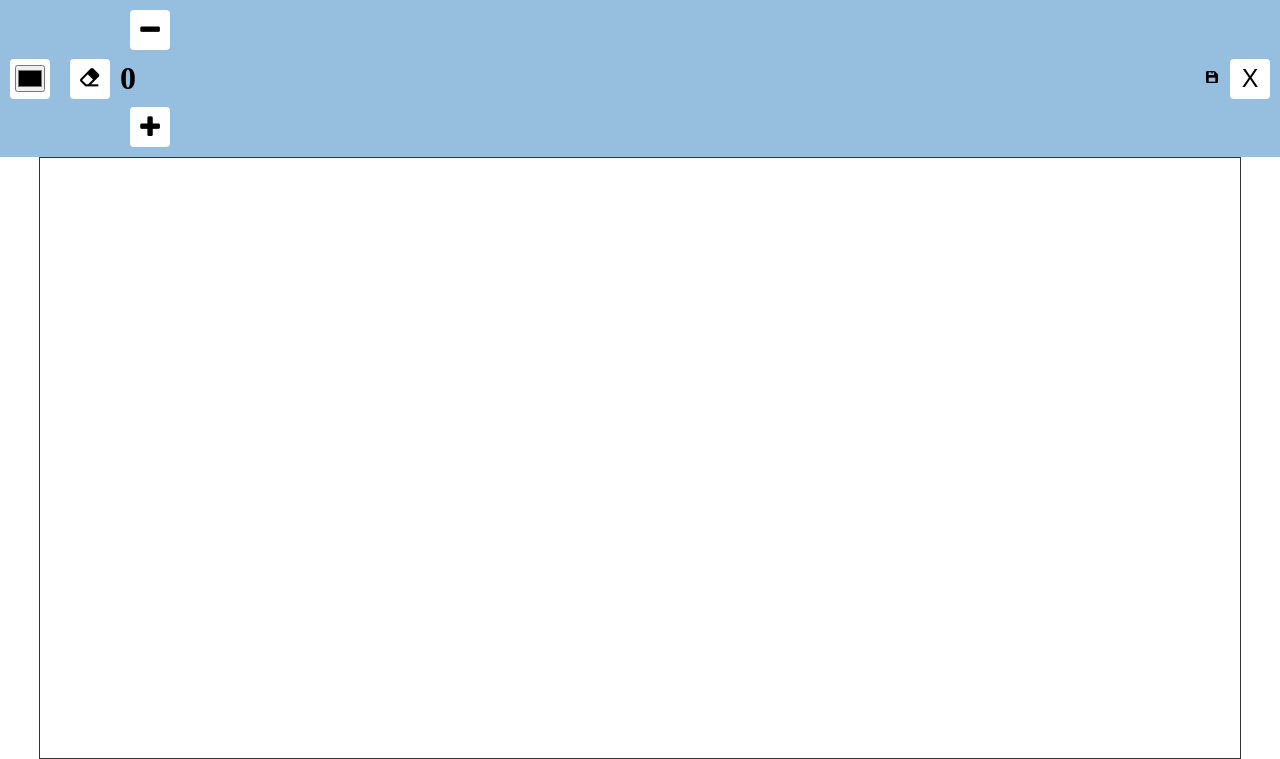
Repository: reminzuetto/DrawingApp
Page: index.html
An editor plug-in stored every save of this project. The page is shown before and after the next save, followed by the edit.
The browser window is 1280 px wide. The pictures show the whole page.

Above is the page before, as saved 2024-06-10 20:28:04.
Console error: TypeError: Cannot read properties of null (reading 'addEventListener')
Not found: app.css

### index.html
<!DOCTYPE html>
<html lang="en">
  <head>
    <meta charset="UTF-8" />
    <meta http-equiv="X-UA-Compatible" content="IE=edge" />
    <meta name="viewport" content="width=device-width, initial-scale=1.0" />
    <title>Drawing App</title>
    <link rel="preconnect" href="https://fonts.gstatic.com" />
    <link
      href="https://fonts.googleapis.com/css2?family=Poppins:wght@400;600&display=swap"
      rel="stylesheet"
    />
    <link
      rel="stylesheet"
      href="https://cdnjs.cloudflare.com/ajax/libs/font-awesome/4.7.0/css/font-awesome.min.css"
      integrity="sha512-SfTiTlX6kk+qitfevl/7LibUOeJWlt9rbyDn92a1DqWOw9vWG2MFoays0sgObmWazO5BQPiFucnnEAjpAB+/Sw=="
      crossorigin="anonymous"
    />
    <link rel="stylesheet" href="./app.css" />
    <link
      href="https://unpkg.com/boxicons@2.0.9/css/boxicons.min.css"
      rel="stylesheet"
    />
    <link rel="stylesheet" href="style.css" />
  </head>
  <body>
    <div class="container">
      <div class="tools">
        <button>
          <input type="color" id="color" />
        </button>
        <button id="eraser">
          <i class="bx bxs-eraser"></i>
        </button>
        <!-- <button id="decrease">-</button>
        <span id="size" font-size="25px">10</span>
        <button id="increase">+</button> -->
        <div class="counter">
          <button class="counter-descrease">
            <i class="fa fa-minus"></i>
          </button>
          <h1 class="counter-number">0</h1>
          <button class="counter-increase">
            <i class="fa fa-plus"></i>
          </button>
        </div>
        <a download="example.png" id="save">
          <i class="bx bxs-save"></i>
        </a>
        <button id="clear">X</button>
      </div>
      <canvas id="canvas" width="1200" height="600"></canvas>
    </div>

    <script src="main.js"></script>
  </body>
</html>

### style.css
* {
  box-sizing: border-box;
  padding: 0;
  margin: 0;
}

body {
  background-color: #fff;
}

canvas {
  display: block;
  margin: 0 auto;
  border: 1px solid #333;
}

button {
  border-radius: 4px;
  background-color: #fff;
  border: none;
  font-size: 25px;
  height: 40px;
  width: 40px;
  padding: 5px;
  margin: 10px;
  display: flex;
  align-items: center;
  justify-content: center;
  cursor: pointer;
}

.tools {
  background-color: rgb(124, 175, 216, 0.8);
  display: flex;
  align-items: center;
}

/* .tools > * {
  background-color: #fff;
  border: none;
  font-size: 25px;
  height: 40px;
  width: 40px;
  padding: 5px;
  margin: 10px;
  display: flex;
  align-items: center;
  justify-content: center;
  cursor: pointer;
} */

#save {
  font-size: 16px;
  margin-left: auto;
  text-decoration: none;
}

### main.js
const canvas = document.getElementById("canvas");
const colorEl = document.getElementById("color");
const eraserEl = document.getElementById("eraser");
const decreaseBtn = document.getElementById("decrease");
const increaseBtn = document.getElementById("increase");
const sizeEL = document.getElementById("size");
const saveEl = document.getElementById("save");
const clearEl = document.getElementById("clear");

const context = canvas.getContext("2d");

let size = 10;
let isPressed = false;
colorEl.value = "black";
let color = colorEl.value;
let x, y;

canvas.addEventListener("mousedown", (e) => {
  isPressed = true;

  x = e.offsetX;
  y = e.offsetY;
});

document.addEventListener("mouseup", (e) => {
  isPressed = false;

  x = undefined;
  y = undefined;
});

canvas.addEventListener("mousemove", (e) => {
  if (isPressed) {
    const x2 = e.offsetX;
    const y2 = e.offsetY;

    drawCircle(x2, y2);
    drawLine(x, y, x2, y2);

    x = x2;
    y = y2;
  }
});

function drawCircle(x, y) {
  context.beginPath();
  context.arc(x, y, size, 0, Math.PI * 2);
  context.fillStyle = color;
  context.fill();
}

function drawLine(x1, y1, x2, y2) {
  context.beginPath();
  context.moveTo(x1, y1);
  context.lineTo(x2, y2);
  context.strokeStyle = color;
  context.lineWidth = size * 2;
  context.stroke();
}

function updateSizeOnScreen() {
  sizeEL.innerText = size;
}

increaseBtn.addEventListener("click", () => {
  size += 5;

  if (size > 50) {
    size = 50;
  }

  updateSizeOnScreen();
});

decreaseBtn.addEventListener("click", () => {
  size -= 5;

  if (size < 5) {
    size = 5;
  }

  updateSizeOnScreen();
});

colorEl.addEventListener("change", (e) => (color = e.target.value));

clearEl.addEventListener("click", () =>
  context.clearRect(0, 0, canvas.width, canvas.height)
);

eraserEl.addEventListener("click", () => {
  color = "#fff";
});

saveEl.addEventListener("click", (e) => {
  const imageURI = canvas.toDataURL("image/png");
  e.currentTarget.href = imageURI;
});

After the next save:
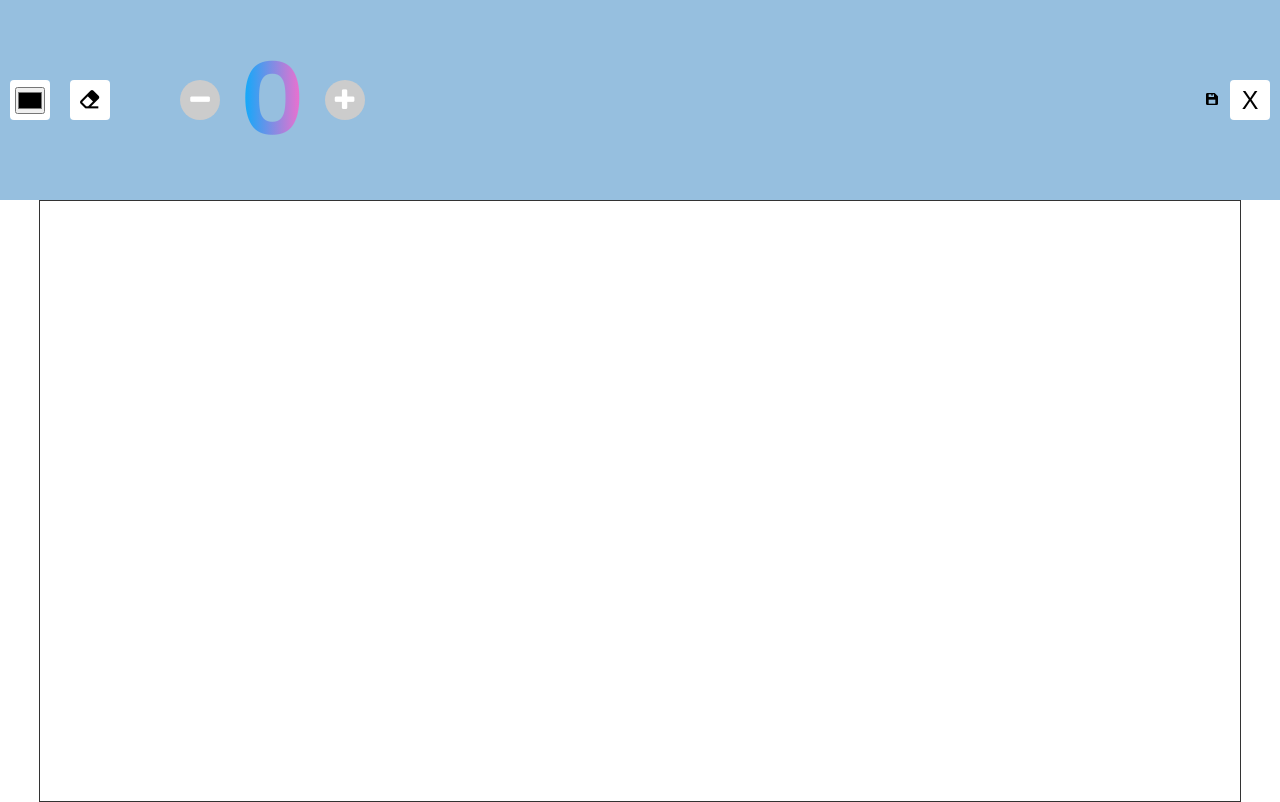
Saved 24 s later.
--- a/style.css
+++ b/style.css
@@ -54,3 +54,82 @@ button {
   margin-left: auto;
   text-decoration: none;
 }
+
+html {
+  box-sizing: border-box;
+}
+* {
+  margin: 0;
+  padding: 0;
+}
+*,
+*:before,
+*:after {
+  box-sizing: border-box;
+}
+input,
+textarea,
+select,
+button {
+  outline: none;
+}
+input {
+  line-height: normal;
+}
+label,
+button {
+  cursor: pointer;
+}
+a {
+  text-decoration: none;
+}
+img {
+  display: block;
+  max-width: 100%;
+}
+*,
+*:before,
+*:after {
+  box-sizing: border-box;
+}
+/* using rem unit */
+html {
+  font-size: 62.5%;
+}
+a {
+  text-decoration: none;
+}
+img {
+  display: block;
+  max-width: 100%;
+}
+body {
+  font-family: "Poppins", sans-serif;
+  font-size: 16px;
+  line-height: 1;
+}
+.counter {
+  display: flex;
+  align-items: center;
+  justify-content: center;
+  margin: 50px;
+}
+.counter-number {
+  font-size: 100px;
+  margin: 0 10px;
+  color: transparent;
+  background-image: linear-gradient(to right, #00aefd, #ff6bcb);
+  -webkit-background-clip: text;
+  background-clip: text;
+}
+.counter button {
+  width: 40px;
+  height: 40px;
+  background-color: #ccc;
+  border: 0;
+  color: white;
+  border-radius: 50px;
+  display: flex;
+  justify-content: center;
+  align-items: center;
+}
